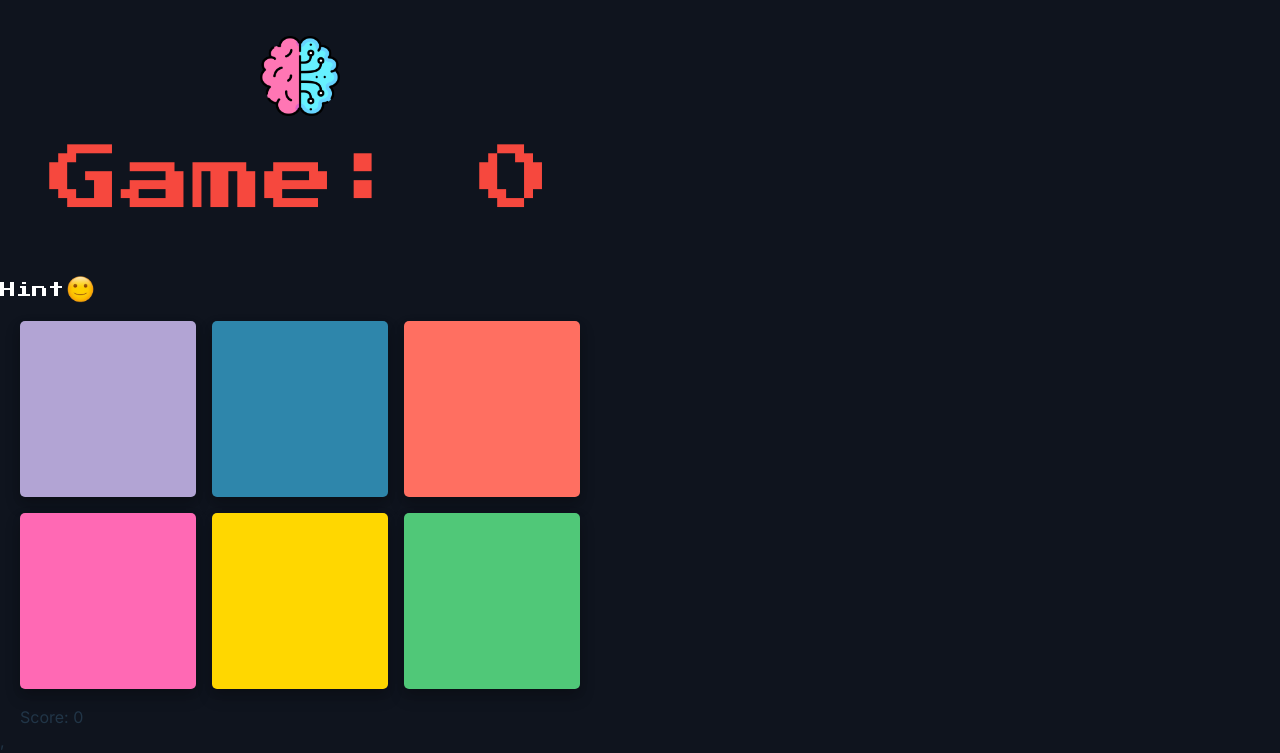
Repository: Shenixo/Color_match_game
Page: /game_play
These files come from the project's save history. The page is drawn as it stood at one moment and after a run of saves; the edit follows.
The browser window is 1280 px wide. The pictures show the whole page.
The project was rebuilt for these pictures with package versions that can differ from the ones it lists, and the page was loaded fresh each time. Also part of the build but not shown: vite.config.js, src/Components/Tab/Tab.css, src/Components/Tab/Tab.jsx, src/Pages/Home/Home.jsx, src/Pages/Rules/Rules.css, src/Pages/Rules/Rules.jsx, src/Pages/Sound/Sound.jsx, src/Components/ChosenColorDisplay/ChosenColorDisplay.jsx. Imported but missing from the stored project, and not drawn on this page: src/assets/button_clicks.wav, src/assets/game_theme_sound.mp4.

Above is the page before, as saved 2025-02-04 02:19:02.

### index.html
<!DOCTYPE html>
<html lang="en">
  <head>
    <meta charset="UTF-8" />
    <link rel="icon" type="image/svg+xml" href="/vite.svg" />
    <meta name="viewport" content="width=device-width, initial-scale=1.0" />
    <link rel="preconnect" href="https://fonts.googleapis.com" />
    <link rel="preconnect" href="https://fonts.gstatic.com" crossorigin />
    <link rel="preconnect" href="https://fonts.googleapis.com">
<link rel="preconnect" href="https://fonts.gstatic.com" crossorigin>
<link href="https://fonts.googleapis.com/css2?family=Inter:ital,opsz,wght@0,14..32,100..900;1,14..32,100..900&family=Poppins:ital,wght@0,100;0,200;0,300;0,400;0,500;0,600;0,700;0,800;0,900;1,100;1,200;1,300;1,400;1,500;1,600;1,700;1,800;1,900&family=Press+Start+2P&display=swap" rel="stylesheet">
    <title>Color Match</title>
  </head>
  <body>
    <div id="root"></div>
    <script type="module" src="/src/main.jsx"></script>
  </body>
</html>

### src/App.jsx
import { Route, Routes } from "react-router-dom";
import "./App.css";
import Home from "./Pages/Home/Home";
import Rules from "./Pages/Rules/Rules";
import Sound from "./Pages/Sound/Sound";
import GamePlay from "./Pages/GamePlay/GamePlay";

function App() {
  return (
    <div>
      <Routes>
        <Route path="/" element={<Home />} />
        <Route path="/game_play" element={<GamePlay/>}/>
        <Route path="/rules" element={<Rules />} />
        <Route path="/sound" element={<Sound />} />
      </Routes>
    </div>
  );
}

export default App;

### src/App.css
*{
  padding: 0;
  margin: 0;
  box-sizing: border-box;
  font-family: "Inter", serif;
}
body{
  background: #0f141e;
}

### src/Pages/GamePlay/GamePlay.jsx
import {Card, listenForScoreUpdates } from "../../Components/Card/Card"
import Title from "../../Components/Title/Title"
import "./GamePlay.css"
import ScoreNdColorBox from "../../Components/ScoreNdColorBox/ScoreNdColorBox"
import { useEffect, useState } from "react"

const GamePlay = () => {
  const [score, setScore] = useState(0);
  useEffect(() => {
    listenForScoreUpdates(setScore);
  }, []);
  return (
    <div>
      <div className="container">
        <Title content={`Game: ${score}`} />
        <div className="game-tab">
        <ScoreNdColorBox/>
        </div>
        <Card/>
      </div>
    </div>
  )
}

export default GamePlay

### src/Components/Title/Title.jsx
/* eslint-disable react/prop-types */
import "./Title.css"
import brain from "../../assets/brain.png"
import { Link } from "react-router-dom"
import { TabClick } from "../../Components/Sound/Sound";
const Title = ({content}) => {
  return (
    <div className="title">
          <h1>{content}</h1>
          <Link to="/">
          <img src={brain} onClick={TabClick} alt="Brain image" width={80} />
          </Link>
    </div>
  )
}

export default Title

### src/Pages/Home/Home.css
.home{
    width: 100%;
    max-height: 100svh;
}
.container{
    display: flex;
    align-items: center;
    justify-content: center;
    margin-top: 6%;
    flex-direction: column;
    gap: 1rem;
}

### src/Components/Sound/Sound.jsx
import Game_sound from "../../assets/game_theme_sound.mp4";
import Tab_sound from "../../assets/button_clicks.wav";

let game_theme = new Audio(Game_sound);
game_theme.loop = true;
const GameTheme = () => {
  if (game_theme.paused) {
    game_theme.play();
  } else {
    game_theme.pause();
    game_theme.currentTime = 0;
  }
};


const TabClick = () => {
  const tab_clicks = new Audio(Tab_sound)
  tab_clicks.play()
}
export { GameTheme, TabClick };

### src/Components/Card/Card.jsx
import { useState, useEffect } from "react";
import "./Card.css";
import { TabClick } from "../../Components/Sound/Sound";

const fineColors = [
  "#2E86AB",
  "#FF6F61",
  "#50C878",
  "#B2A4D4",
  "#FFD700",
  "#FF69B4",
];

let score = 0;
const setGlobalScore = (newScore) => {
  score = newScore;
  document.dispatchEvent(new CustomEvent("scoreUpdated", { detail: score }));
};

const Card = () => {
  const cardArr = Array.from({ length: 6 });
  const [shuffledColors, setShuffledColors] = useState([...fineColors]);
  const [localScore, setLocalScore] = useState(score);
  const [chosenColor, setChosenColor] = useState(null);
  const [clickEnabled, setClickEnabled] = useState(false);
  const [showHint, setShowHint] = useState(true);

  useEffect(() => {
    startNewRound();
  }, []);

  const startNewRound = () => {
    setClickEnabled(false);
    setShowHint(true);

    const randomColor = fineColors[Math.floor(Math.random() * fineColors.length)];
    setChosenColor(randomColor);

    // Dispatch the chosen color event
    document.dispatchEvent(new CustomEvent("colorChosen", { detail: randomColor }));

    setTimeout(() => {
      const shuffled = [...fineColors].sort(() => Math.random() - 0.5);
      setShuffledColors(shuffled);
      setClickEnabled(true);
      setShowHint(false);
    }, 4000);
  };

  const handleWinState = () => {
    setLocalScore((prev) => {
      const newScore = prev + 1;
      setGlobalScore(newScore);
      return newScore;
    });
  };

  const handleLoseState = () => {
    setLocalScore((prev) => {
      const newScore = prev - 1;
      setGlobalScore(newScore);
      return newScore;
    });
  };

  const handleCheckPlayerClick = (clickedIndex) => {
    if (!clickEnabled) return;

    const clickedColor = shuffledColors[clickedIndex];

    if (clickedColor === chosenColor) {
      handleWinState();
    } else {
      handleLoseState();
    }

    TabClick();
    setClickEnabled(false);

    setTimeout(() => {
      startNewRound();
    }, 1000);
  };

  return (
    <div className="card">
      {cardArr.map((_, idx) => (
        <button
          onClick={() => handleCheckPlayerClick(idx)}
          className={showHint && shuffledColors[idx] === chosenColor ? "chosen_card" : ""}
          style={{ background: shuffledColors[idx] }}
          key={idx}
          disabled={!clickEnabled}
        />
      ))}
      <p>Score: {localScore}</p>
    </div>
  );
};

export { Card, setGlobalScore };

export const listenForScoreUpdates = (callback) => {
  document.addEventListener("scoreUpdated", (event) => {
    callback(event.detail);
  });
};

### src/Pages/GamePlay/GamePlay.css
.game-tab{
    display: flex;
    align-items: center;
    justify-content: space-between;
    width: 600px;
}

### src/Components/ScoreNdColorBox/ScoreNdColorBox.jsx
import ChosenColor from "../ChosenColorDisplay/ChosenColorDisplay"
import sadEmoji from "../../assets/emoji.png"
import "./ScoreNdColorBox.css";
const ScoreNdColorBox = () => {

  return (
    <div className="score_nd_color_box">
      <div className="target_card">
        <p>Hint</p>
        <img style={{marginLeft: "-15px"}} src={sadEmoji} width={30} alt="Sad emoji" />
        {/* <ChosenColor/> */}
      </div>
    </div>
  );
};

export default ScoreNdColorBox;

### src/Components/Title/Title.css
.title {
  display: flex;
  align-items: center;
  gap: 1rem;
  color: #f6483e;
  font-size: 1.4rem;
  margin-bottom: 2.5rem;
  flex-direction: column-reverse;
}
.title h1 {
  font-family: "Press Start 2P", serif;
}

### src/Components/Card/Card.css
.card {
  display: grid;
  grid-template-columns: 1fr 1fr 1fr;
  gap: 1rem;
  transition: all 0.5s ease-in-out;
  justify-content: center;
  align-items: center;
  position: relative;
}
.card button {
  width: 11rem;
  cursor: pointer;
  height: 11rem;
  border-radius: 5px;
  transition: transform 0.5s ease-in-out, opacity 0.5s ease-in-out;
  box-shadow: 0px 8px 16px rgba(0, 0, 0, 0.2), 0px 4px 8px rgba(0, 0, 0, 0.1);
  transition: .5s;
  border: none;
}
.card div:active{
  scale: .85;
}

.chosen_card {
  animation: pulse 1.2s 3 ease-in-out;
}

@keyframes pulse {
  0% {
    transform: scale(1);
  }
  50% {
    transform: scale(1.1);
  }
  100% {
    transform: scale(1);
  }
}

.card.collapse div {
  transform: scale(0.1) translate(-50%, -50%);
  opacity: 0;
}

.card.spread div {
  transform: scale(1) translate(0, 0);
  opacity: 1;
}

@media only screen and (max-width: 880px) {
  .card {
    grid-template-columns: 1fr 1fr;
  }
}

### src/Components/ScoreNdColorBox/ScoreNdColorBox.css

.random_card{
    border-radius: 5px;
    height: 2.4rem;
    width: 2.4rem;
}
.target_card{
    display: flex;
    align-items: center;
    gap: 1rem;
    font-size: 1rem;
    color: white;
    cursor: pointer;
}
.target_card p{
    font-family: "Press Start 2P", serif;

}

Loaded but not shown: src/main.jsx (common file); src/index.css (common file)

After the next 2 saves:
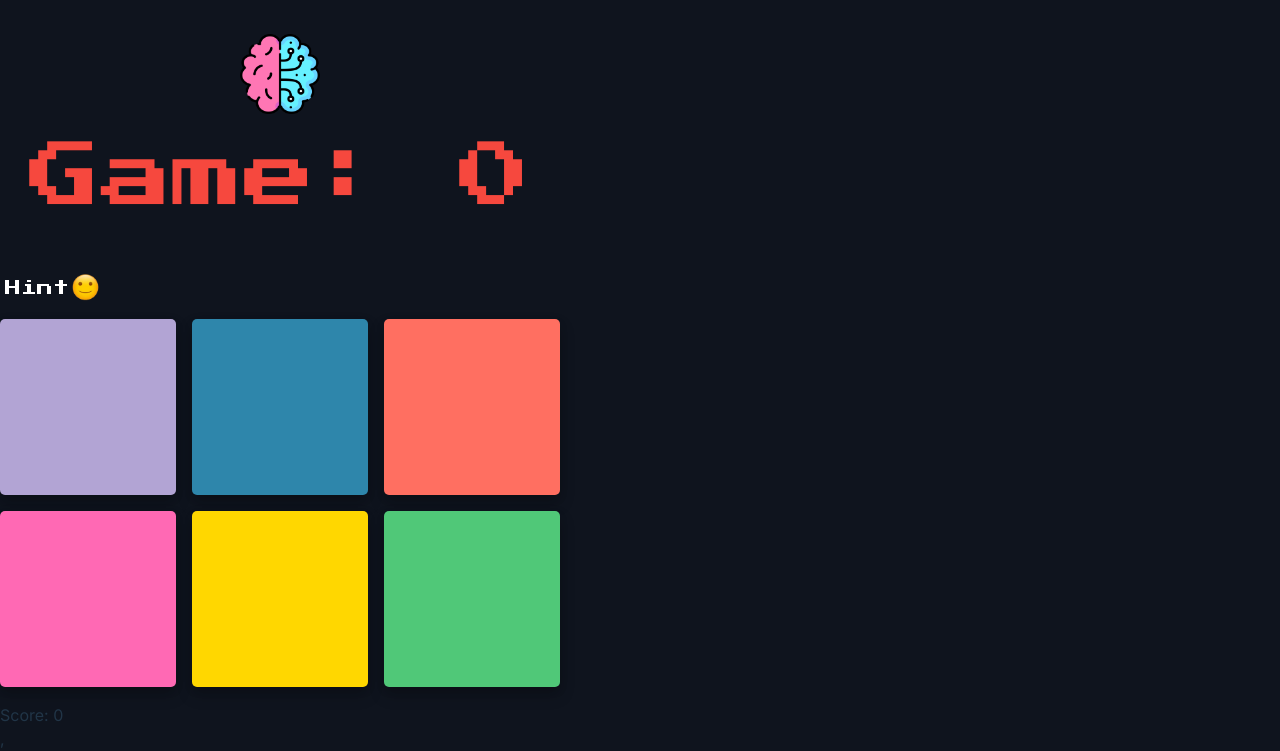
The 2 saves are shown as one change because they came seconds apart.
The last was saved 52 s later.
--- a/src/Pages/GamePlay/GamePlay.css
+++ b/src/Pages/GamePlay/GamePlay.css
@@ -2,5 +2,5 @@
     display: flex;
     align-items: center;
     justify-content: space-between;
-    width: 600px;
+    width: 550px;
 }
